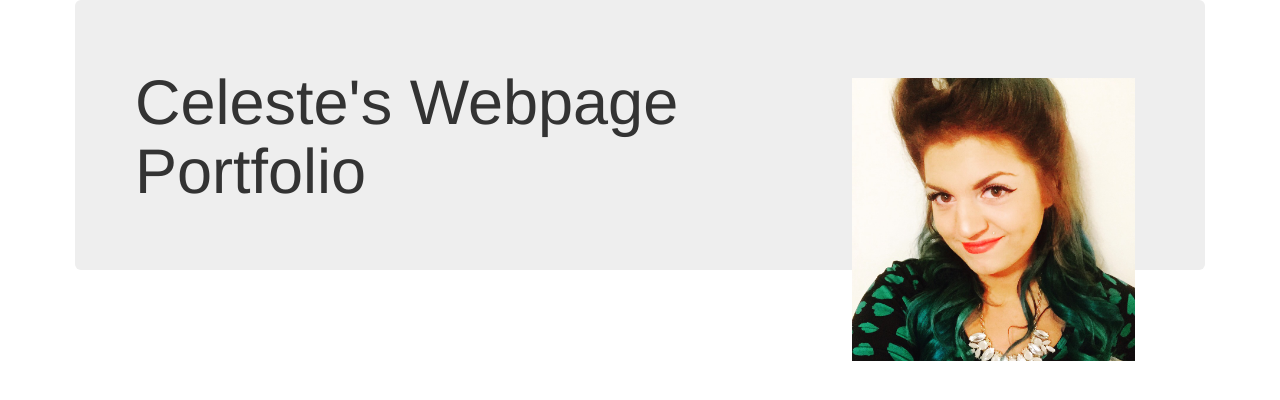
Repository: fieldceleste/portfolio-celeste
Page: portfolio-celeste.html
The author's editor kept a copy of each file at every save. The page is drawn from the files as they stood at one save, then again after the next save.
The browser window is 1280 px wide. The pictures show the whole page.

Above is the page before, as saved 2019-11-01 12:09:02.

After the next save:
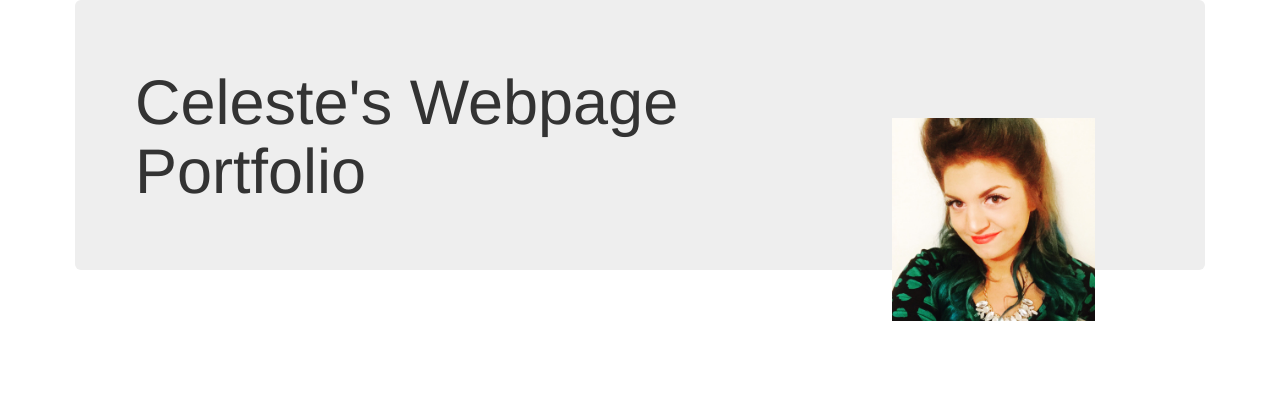
Saved 8 s later.
--- a/css/styles.css
+++ b/css/styles.css
@@ -2,6 +2,6 @@ img{
 float:right;
 width: 30%;
 height:50%;
-padding: 10px;
+padding: 50px;
 
 }
